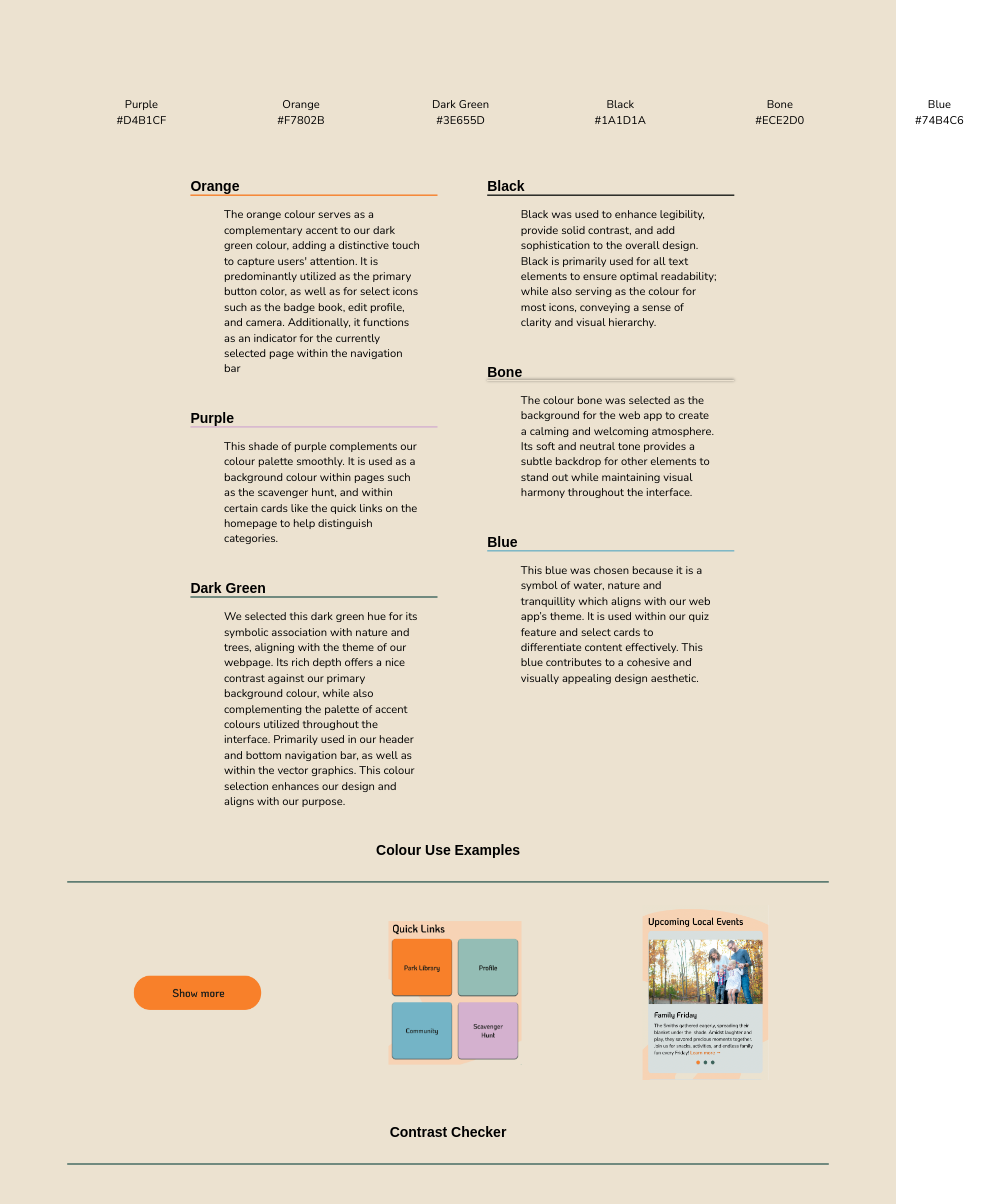
Repository: lpcmendoza/sqwell_styleguide
Page: /
These files come from the project's save history. The page is drawn as it stood at one moment and after the next save; the edit follows.
The browser window is 1280 px wide. The page is 1432 px wide, so the pictures cover 1432 px, including what lies to the right of the window. The pictures show the part of the page from y = 977 to 2697 px (the page is 6970 px tall before and 6962 px after), at 70% of full size.
Some web fonts or font styles are not loaded; a fallback is used. The project was rebuilt for these pictures with package versions that can differ from the ones it lists, and the page was loaded fresh each time. The framework's server and built-in components were replaced by stand-ins that run in the browser. Also part of the build but not shown: next.config.mjs.

Above is the page before, as saved 2024-04-09 10:37:03.

After the next save:
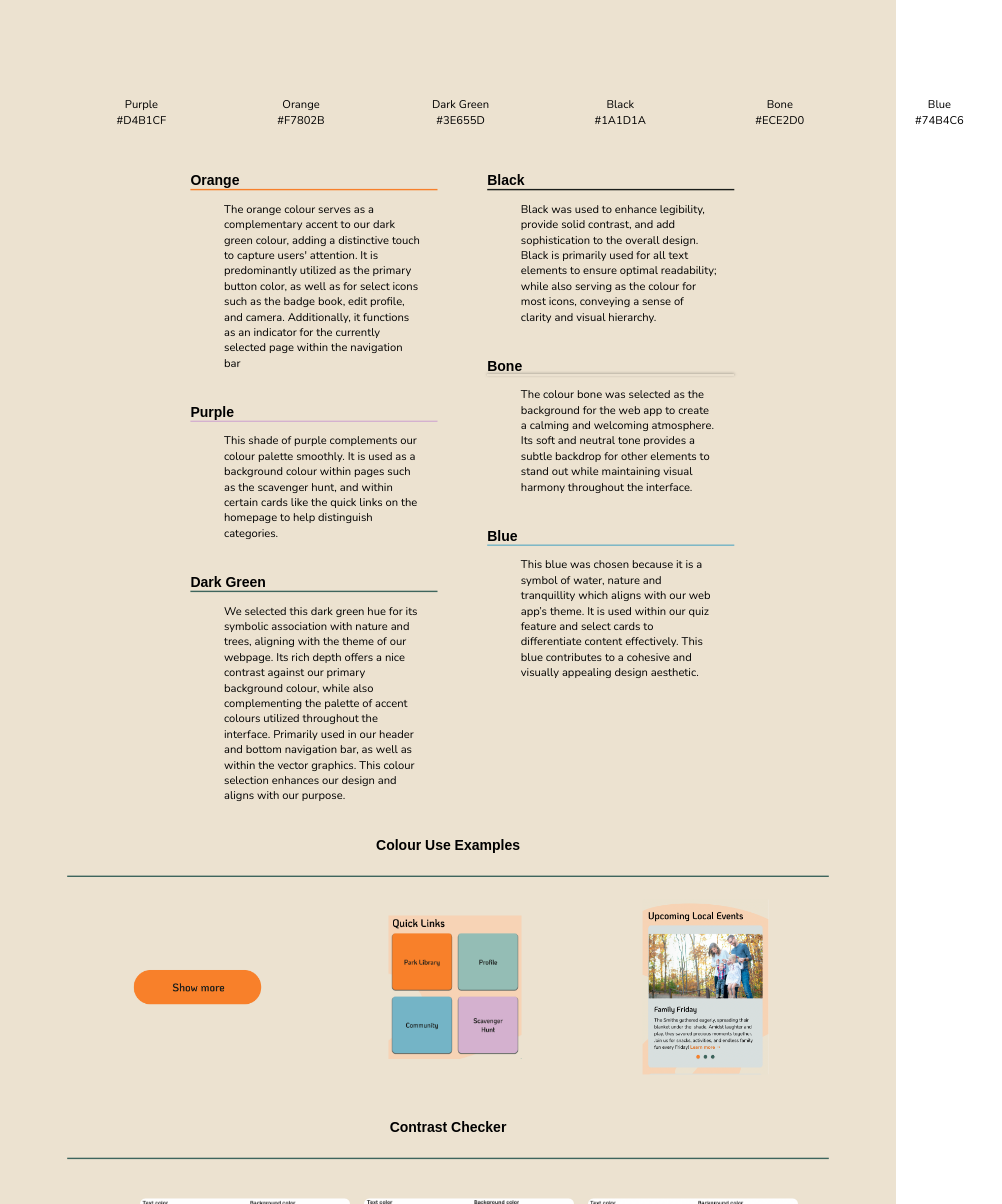
Saved 4 s later.
--- a/components/Colours/Colours.module.css
+++ b/components/Colours/Colours.module.css
@@ -14,7 +14,6 @@
     position: relative;
     padding-left: 1rem;
     padding-right: 1rem;
-    margin-bottom: .5rem;
 }
 .bone{
 
